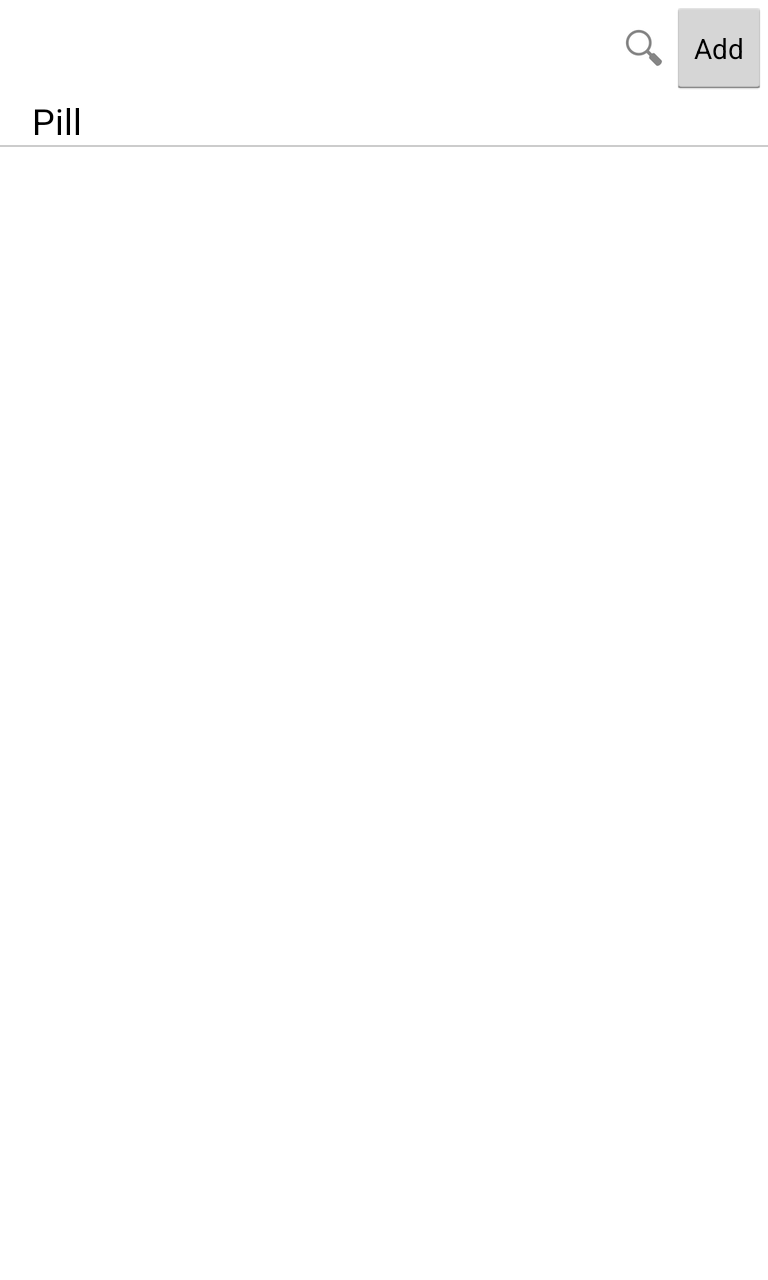
Repository: ranika/pilltracker
Layout: PillTracker/res/layout/fragment_prescription.xml
These files come from the project's save history. The layout is drawn as it stood at one moment and after the next save; the edit follows.
It is drawn on a 768 x 1280 px phone screen (xhdpi) without system bars, with theme AppTheme; the app's code is not run.

Above is the layout before, as saved 2014-04-10 03:45:24.

### PillTracker/res/layout/fragment_prescription.xml
<RelativeLayout xmlns:android="http://schemas.android.com/apk/res/android"
    android:layout_width="fill_parent"
    android:layout_height="fill_parent" >

    <Button
        android:id="@+id/button1"
        style="?android:attr/buttonStyleSmall"
        android:layout_width="wrap_content"
        android:layout_height="wrap_content"
        android:layout_alignParentRight="true"
        android:layout_alignParentTop="true"
        android:text="@string/add" />

    <SearchView
        android:id="@+id/searchView1"
        android:layout_width="wrap_content"
        android:layout_height="wrap_content"
        android:layout_alignParentRight="true"
        android:layout_alignParentTop="true"
        android:layout_marginRight="34dp" >
    </SearchView>

    <TextView
        android:id="@+id/textView1"
        android:layout_width="wrap_content"
        android:layout_height="wrap_content"
        android:layout_alignParentLeft="true"
        android:layout_below="@+id/searchView1"
        android:layout_marginLeft="16dp"
        android:text="@string/pill"
        android:textAppearance="?android:attr/textAppearanceMedium" />

    <View
        android:layout_width="fill_parent"
        android:layout_height="1dp"
        android:layout_alignParentLeft="true"
        android:layout_below="@+id/textView1"
        android:background="@color/black"
        android:paddingTop="20dp" />

</RelativeLayout>

### PillTracker/res/values/strings.xml
<?xml version="1.0" encoding="utf-8"?>
<resources>

    <string name="app_name">Pill Tracker</string>
    <string name="med_log">Medication Log</string>
    <string name="prescriptions">Prescriptions</string>
    <string name="reminders">Reminders</string>
    <string name="doctors">Doctors</string>
    <string name="pharmacies">Pharmacies</string>
    <string name="notes">Notes</string>
    <string name="settings">Settings</string>
    <color name="black">#CCCCCC</color>
    <string name="title_activity_med_log">Medication Log</string>
    <string name="today">Today</string>
    <string name="ten_am">10 AM</string>
    <string name="pill">Pill</string>
    <string name="vitamin">Vitamin</string>
    <string name="ten_pm">10 PM</string>
    <string name="nasal">Nasal Spray</string>
    <string name="title_activity_prescription">Prescriptions</string>
    <string name="add">Add</string>

</resources>

Loaded but not shown: PillTracker/res/values/styles.xml (common file); PillTracker/res/values-v11/styles.xml (common file); PillTracker/res/values-v14/styles.xml (common file)

After the next save:
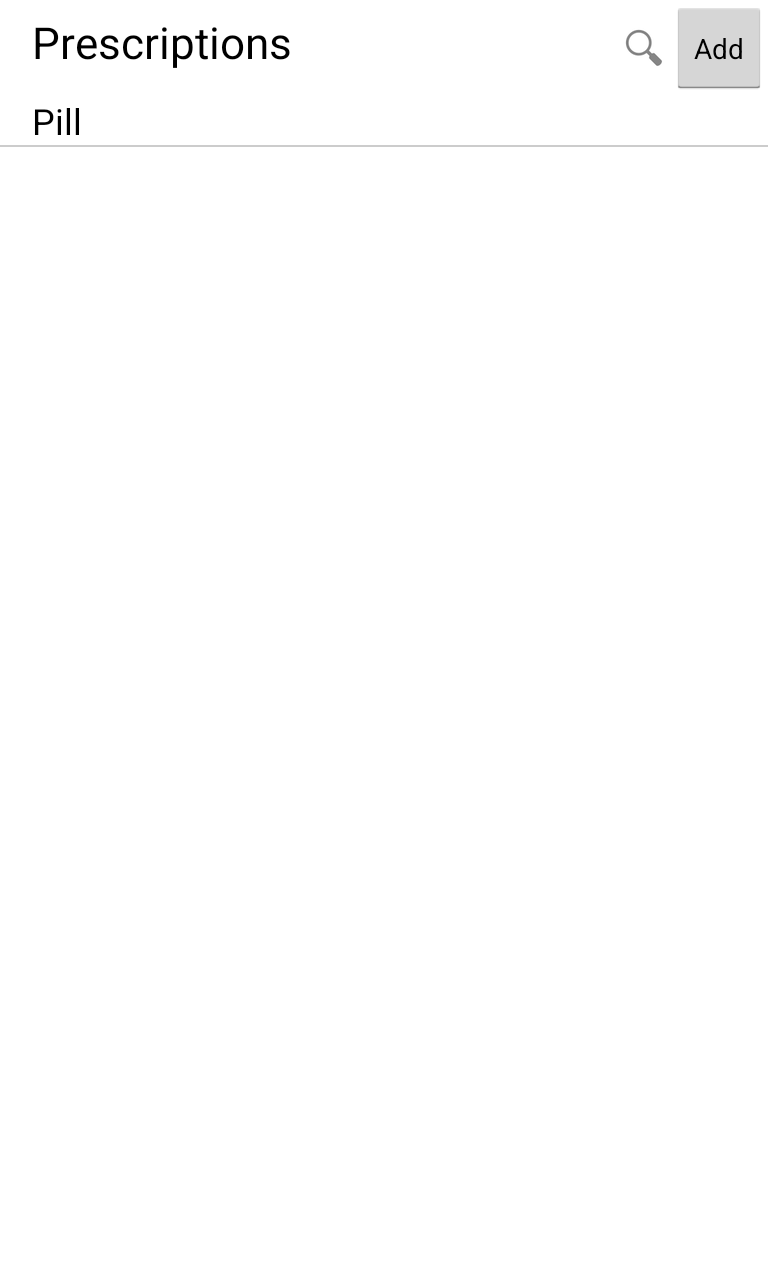
Saved 34 s later.
--- a/PillTracker/res/layout/fragment_prescription.xml
+++ b/PillTracker/res/layout/fragment_prescription.xml
@@ -38,4 +38,14 @@
         android:background="@color/black"
         android:paddingTop="20dp" />
 
+    <TextView
+        android:id="@+id/textView2"
+        android:layout_width="wrap_content"
+        android:layout_height="wrap_content"
+        android:layout_alignBaseline="@+id/button1"
+        android:layout_alignBottom="@+id/button1"
+        android:layout_alignLeft="@+id/textView1"
+        android:text="@string/prescriptions"
+        android:textAppearance="?android:attr/textAppearanceLarge" />
+
 </RelativeLayout>
